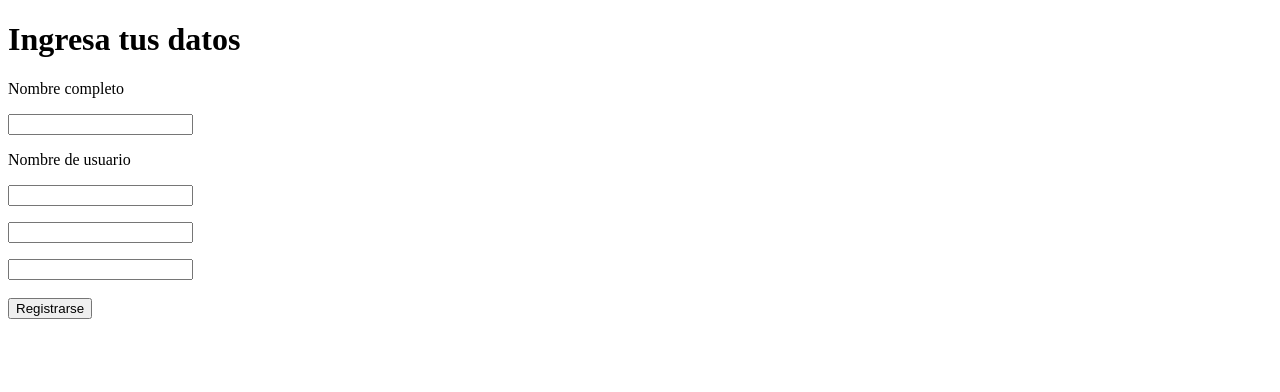
Repository: NighelG/Proyecto-de-verificacion-de-asistencia
Page: ProyectoAsistencia/public/pages/registro.html
The author's editor kept a copy of each file at every save. The page is drawn from the files as they stood at one save, then again after the next save.
The browser window is 1280 px wide. The pictures show the whole page.

Above is the page before, as saved 2025-08-26 15:40:36.

### ProyectoAsistencia/public/pages/registro.html
<!DOCTYPE html>
<html lang="en">
<head>
    <meta charset="UTF-8">
    <meta name="viewport" content="width=device-width, initial-scale=1.0">
    <title>registro</title>
</head>
<body>
    <h1>Ingresa tus datos</h1>
        <div>
            <p>Nombre completo</p>
            <label for=""></label>
            <input type="text">
            <br>
            <p>Nombre de usuario</p>
            <label for=""></label>
            <input type="text">
            <br>
            <p></p>
            <label for=""></label>
            <input type="text">
            <br>
            <p></p>
            <label for=""></label>
            <input type="text">
            <br><br>
            <button>Registrarse</button>
        </div>
</body>
</html>

After the next save:
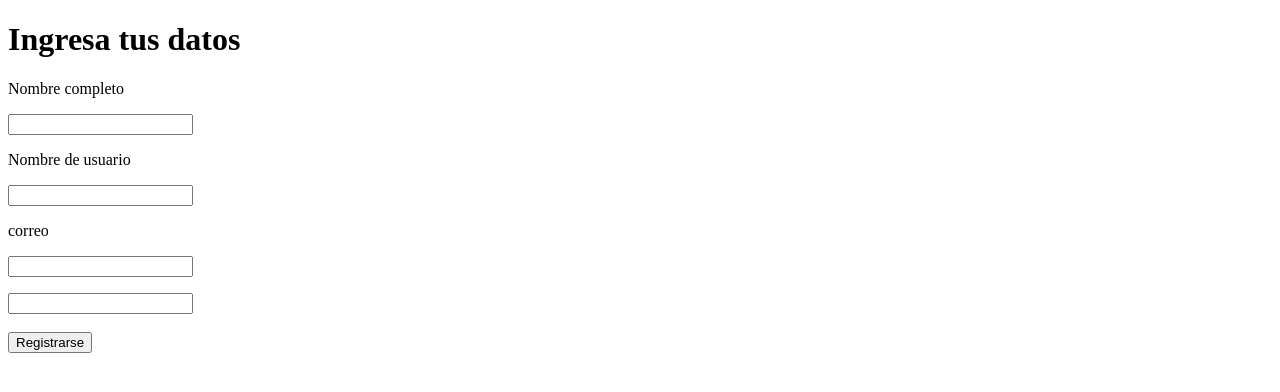
Saved 10 s later.
--- a/ProyectoAsistencia/public/pages/registro.html
+++ b/ProyectoAsistencia/public/pages/registro.html
@@ -16,7 +16,7 @@
             <label for=""></label>
             <input type="text">
             <br>
-            <p></p>
+            <p>correo</p>
             <label for=""></label>
             <input type="text">
             <br>
